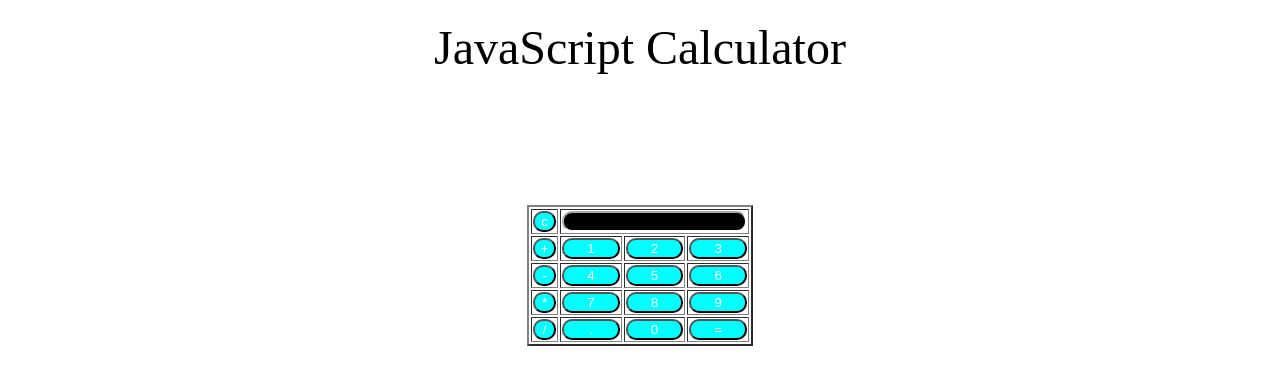
Repository: spidero7/Simple-Calculator
Page: index.html
These files come from the project's save history. The page is drawn as it stood at one moment and after the next save; the edit follows.
The browser window is 1280 px wide. The pictures show the whole page.

Above is the page before, as saved 2021-09-15 07:15:53.

After the next save:
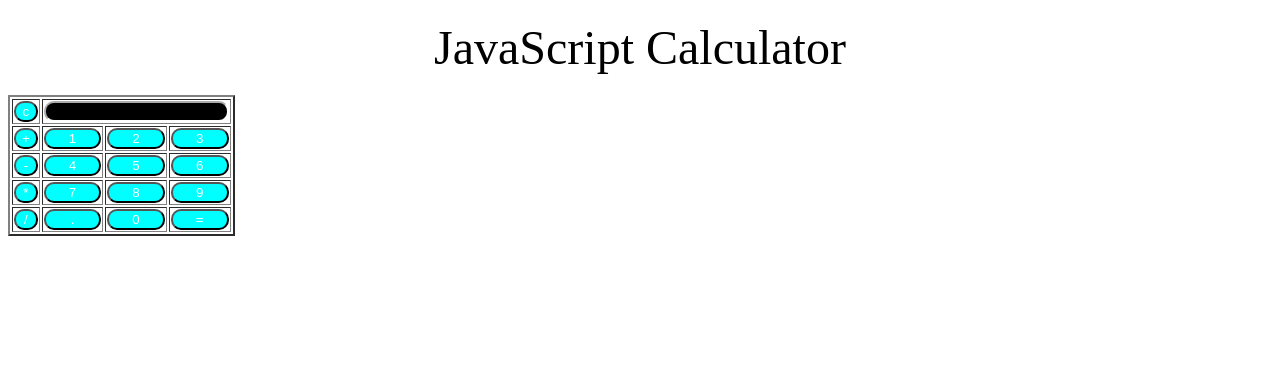
Saved 24 s later.
--- a/style.css
+++ b/style.css
@@ -2,18 +2,6 @@
     box-sizing: border-box;
 }
 
-body {
-    margin: 0;
-    padding: 0;
-}
-
-.calculator-container {
-    display: flex;
-    justify-content: center;
-    align-items: center;
-    width: 100vw;
-    height: 50vh;
-}
 
 .title {
     text-align: center;

After the 3 saves that followed:
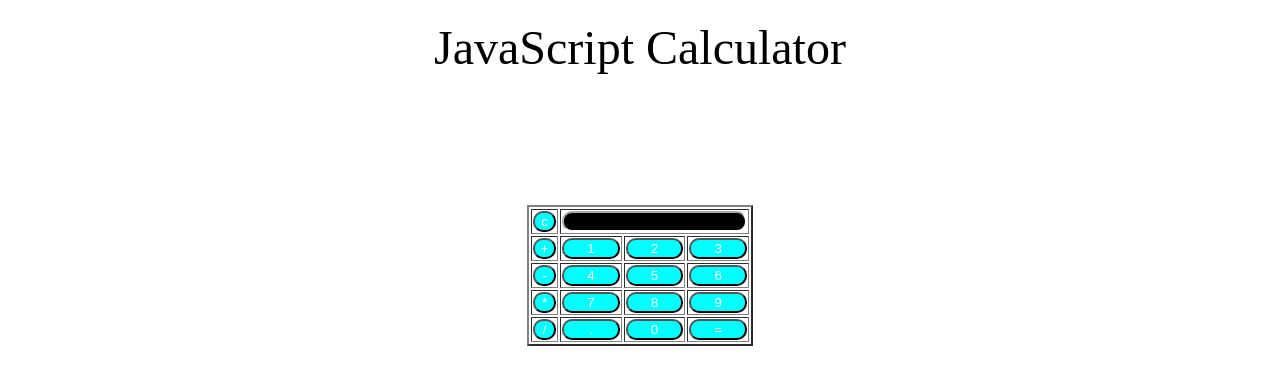
The 3 saves are shown as one change because they came seconds apart.
The last was saved 12 s later.
--- a/style.css
+++ b/style.css
@@ -2,6 +2,18 @@
     box-sizing: border-box;
 }
 
+body {
+    margin: 0;
+    padding: 0;
+}
+
+.calculator-container {
+    display: flex;
+    justify-content: center;
+    align-items: center;
+    width: 100vw;
+    height: 50vh;
+}
 
 .title {
     text-align: center;
